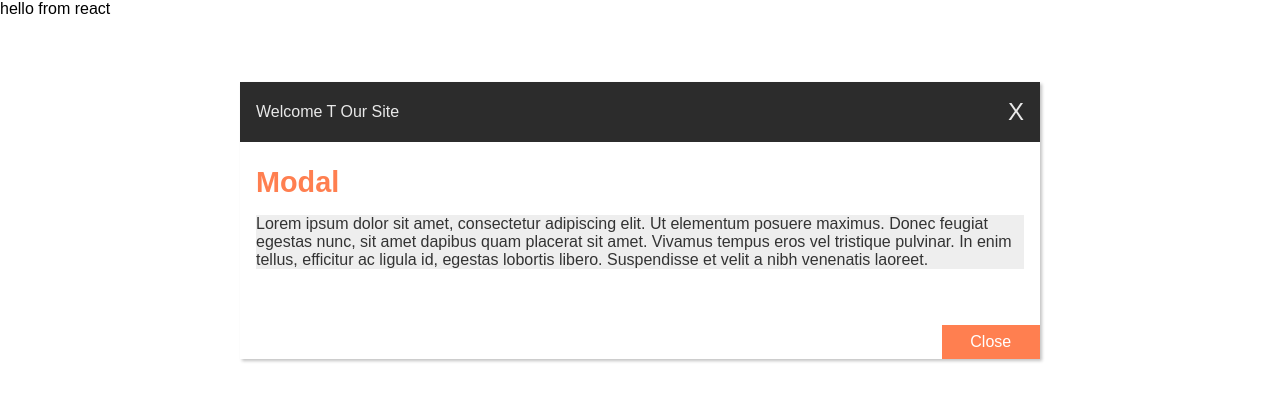
Repository: KrzysKolo/sr_tydzien5_zad1
Page: /
An editor plug-in stored every save of this project. The page is shown before and after the next save, followed by the edit.
The browser window is 1280 px wide. The pictures show the whole page.
The project was rebuilt for these pictures with package versions that can differ from the ones it lists, and the page was loaded fresh each time.

Above is the page before, as saved 2020-12-18 13:54:55.

After the next save:
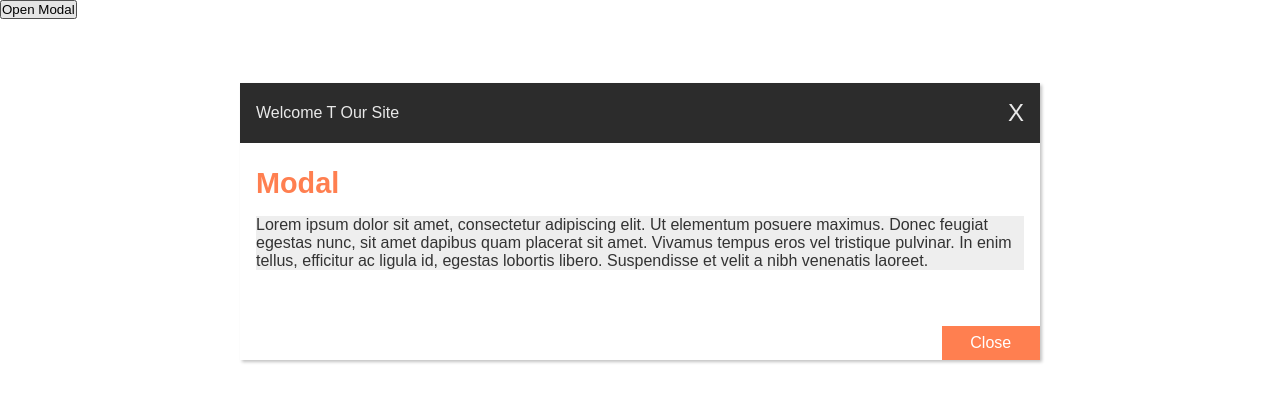
Saved 114 s later.
--- a/src/App.js
+++ b/src/App.js
@@ -4,7 +4,7 @@ import Modal from './components/modal/Modal'
 function App() {
   return (
     <div className="App">
-     hello from react
+     <button className="btn-openModal">Open Modal</button>
      <Modal />
     </div>
   );
